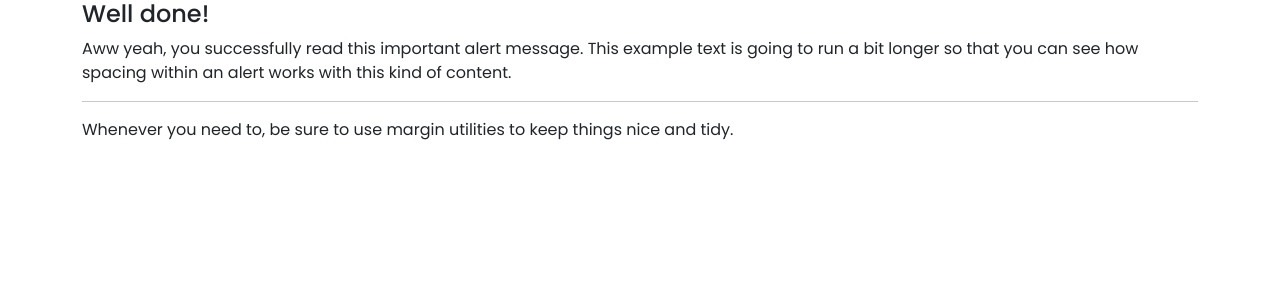
Repository: isaacCodes1/My-Project
Page: alert.html
These files come from the project's save history. The page is drawn as it stood at one moment and after a run of saves; the edit follows.
The browser window is 1280 px wide. The pictures show the whole page.

Above is the page before, as saved 2024-03-21 15:31:43.

### alert.html
<!DOCTYPE html>
<html lang="en">
  <head>
    <meta charset="UTF-8" />
    <meta name="viewport" content="width=device-width, initial-scale=1.0" />
    <link
      href="https://cdn.jsdelivr.net/npm/bootstrap@5.2.3/dist/css/bootstrap.min.css"
      rel="stylesheet"
      integrity="sha384-rbsA2VBKQhggwzxH7pPCaAqO46MgnOM80zW1RWuH61DGLwZJEdK2Kadq2F9CUG65"
      crossorigin="anonymous"
    />
    <script
      src="https://cdn.jsdelivr.net/npm/bootstrap@5.2.3/dist/js/bootstrap.bundle.min.js"
      integrity="sha384-kenU1KFdBIe4zVF0s0G1M5b4hcpxyD9F7jL+jjXkk+Q2h455rYXK/7HAuoJl+0I4"
      crossorigin="anonymous"
    ></script>
    <link rel="stylesheet" href="style.css" />
    <title>Document</title>
  </head>
  <body>
    <div class=" container b-1 alert-success" role="alert">
      <h4 class="alert-heading">Well done!</h4>
      <p>
        Aww yeah, you successfully read this important alert message. This
        example text is going to run a bit longer so that you can see how
        spacing within an alert works with this kind of content.
      </p>
      <hr />
      <p class="mb-0">
        Whenever you need to, be sure to use margin utilities to keep things
        nice and tidy.
      </p>
    </div>
  </body>
  <script
    src="https://cdn.jsdelivr.net/npm/@popperjs/core@2.11.6/dist/umd/popper.min.js"
    integrity="sha384-oBqDVmMz9ATKxIep9tiCxS/Z9fNfEXiDAYTujMAeBAsjFuCZSmKbSSUnQlmh/jp3"
    crossorigin="anonymous"
  ></script>
  <script
    src="https://cdn.jsdelivr.net/npm/bootstrap@5.2.3/dist/js/bootstrap.min.js"
    integrity="sha384-cuYeSxntonz0PPNlHhBs68uyIAVpIIOZZ5JqeqvYYIcEL727kskC66kF92t6Xl2V"
    crossorigin="anonymous"
  ></script>
</html>

### style.css
@import url("https://fonts.googleapis.com/css2?family=Poppins:ital,wght@0,100;0,200;0,300;0,400;0,500;0,600;0,700;0,800;0,900;1,100;1,200;1,300;1,400;1,500;1,600;1,700;1,800;1,900&display=swap");
* {
  margin: 0;
  padding: 0;
  box-sizing: border-box;
  font-family: "Poppins", sans-serif;
}
nav {
  display: flex;
  align-items: center;
  justify-content: space-between;
  width: 100%;
  padding: 20px 40px;
}
.image a {
  display: flex;
  align-items: center;
  gap: 6px;
  text-decoration: none;
  color: #000;
  font-size: 16px;
  font-weight: 900;
}
.image a img {
  width: 16%;
}
.navItems {
  display: flex;
  gap: 30px;
  align-items: center;
}
.navItems ul {
  display: flex;
  gap: 30px;
  list-style: none;
}
.navItems ul li a {
  text-decoration: none;
  color: #000;
  font-size: 16px;
  font-weight: 500;
}
.navItems ul li a:hover {
  transform: scale(1.05);
  color: #ebd96b;
  font-style: italic;
  border: 1px solid #000;
  transition: 1s ease-in-out;
}
.navItems button {
  border: 0;
  background: #000;
  padding: 10px 20px;
  color: #fff;
  border-radius: 5px;
  font-size: 13px;
}
.navItems button:hover {
  transform: scale(1.05);
  transition: 1s ease-in-out;
  color: #000;
  background: rgb(137, 136, 136);
}
.welcome {
  font-size: 30px;
  font-weight: 900;
  font-style: oblique;
}
.firstPageCont {
  padding: 20px 40px;
}
.FirstPage {
  display: flex;
  flex: 1;
  width: 100%;
  height: 90vh;
  padding: 40px 10px 0px 10px;
  border-radius: 30px;
  background: #f4f6f5;
}
.txtCont {
  display: flex;
  flex: 0.5;
  flex-direction: column;
  gap: 10px;
  padding-left: 40px;
}

.txtCont h1 {
  font-size: 64px;
  font-weight: 900;
  width: 50%;
  line-height: 75px;
}

.txtCont p {
  font-size: 20px;
}
.txtBtn {
  display: flex;
  align-items: center;
  width: 80%;
  margin-top: 10px;
  gap: 10px;
}
.btns {
  border: 0;
  background: #000;
  padding: 10px 20px;
  color: #fff;
  border-radius: 5px;
  font-size: 19px;
}
.btns:hover {
  transform: scale(1.05);
  transition: 1s ease-in-out;
  color: #000;
  background: rgb(137, 136, 136);
}
.txtBtn img {
  width: 100px;
}
.imgCont {
  flex: 0.5;
  display: flex;
  position: relative;
}
.star1 {
  position: absolute;
  top: 5px;
  left: 10px;
}
.star1 img {
  width: 30px;
}
.star2 {
  position: absolute;
  top: 20px;
  left: 450px;
}
.star2 img {
  width: 30px;
}
.star3 {
  position: absolute;
  bottom: 10px;
  left: 70px;
}
.star3 img {
  width: 30px;
}
.star4 {
  position: absolute;
  bottom: 20px;
  left: 400px;
}
.star4 img {
  width: 30px;
}
.spn1 {
  display: flex;
  align-items: center;
  background-image: url(/Assets/Pics/rectangle1.png);
  background-size: cover;
  background-repeat: no-repeat;
  width: 100%;
  padding-left: 20px;
}
.spn2 {
  background-image: url(/Assets/Pics/Rectangle2.png);
  background-size: cover;
  background-repeat: no-repeat;
  padding-right: 50px;
  padding-left: 20px;
}
/* next Page */
.firstPageFooter {
  background: #ebd96b;
  padding: 20px 10px;
  display: flex;
  align-items: center;
  justify-content: center;
}
.logoCont {
  display: flex;
  justify-content: center;
  gap: 100px;
}
.logoCont img {
  width: 7%;
}
.nextPageCont {
  margin-top: 20px;
  padding: 20px 40px;
  display: flex;
  flex-direction: column;
  gap: 55px;
  margin-bottom: 50px;
}
.nextPageText {
  position: relative;
}
.nextPageText h1 {
  font-size: 38px;
  letter-spacing: 1px;
  font-weight: 900;
}
.nextPageText img {
  position: absolute;
  bottom: 5px;
  left: 200px;
  width: 10%;
  z-index: -1;
}
.prettyImages {
  display: flex;
  gap: 35px;
}

.prettyImg img {
  width: 100%;
}
.payDay {
  background: linear-gradient(
    1.32deg,
    #e0c340 0.13%,
    #dfc23e 3.97%,
    #e1c441 7.2%,
    #e3c743 10.13%,
    #e4c542 12.98%,
    #e6c744 15.99%,
    #e7c845 19.52%,
    #e5c643 23.96%,
    #e6c945 30.43%,
    #e3c743 36.49%,
    #e9ca48 42.49%,
    #edce49 49.35%,
    #f0d44c 55.42%,
    #f4d84f 61.43%,
    #f6da52 65.74%,
    #f7db53 72.23%,
    #f9dd55 77.43%,
    #f9df56 83.84%,
    #fae157 91.52%,
    #f9df56 97.87%
  );
}
.yellowTxt {
  flex-direction: column;
  margin-bottom: 10px;
}
.yellowTxt h1 {
  font-size: 65px;
  font-weight: 900;
}
.yellowTxt p {
  font-size: 22px;
  font-weight: 500;
}

.yellowImg img {
  flex: 0.5;
  display: flex;
  width: 600px;
  position: relative;
}

.genDiv {
  display: flex;
  align-items: center;
}
.btn1 {
  border: 0;
  background: #000;
  padding: 15px 25px;
  color: #fff;
  border-radius: 5px;
  font-size: 18px;
  font-weight: 500;
}
.btn:hover {
  transform: scale(1.05);
  transition: 1s ease-in-out;
  color: #000;
  background: rgb(137, 136, 136);
}
.spn3 {
  display: flex;
  background-image: url(/Assets/rectangle1.png);
  background-size: cover;
  background-repeat: no-repeat;
  width: 300px;
}
.nxtSect {
  margin-top: 20px;
  padding: 20px 40px;
  display: flex;
  flex-direction: column;
  gap: 50px;
  margin-bottom: 50px;
}
.Images2 {
  display: flex;
}
.prettyImg2 {
  position: relative;
}
.prettyImg2 img {
  width: 70;
  height: 500px;
  margin-left: 70px;
}
.nextPageCont2 {
  margin-top: 20px;
  padding: 20px 40px;
  display: flex;
  gap: 50px;
  margin-bottom: 50px;
  display: flex;
  justify-content: space-between;
  align-items: center;
}
.nextPageText2 {
  display: flex;
  flex-direction: column;
  margin-left: 50px;
}
.nextPageText2 p {
  margin-bottom: 30px;
  color: #898a89;
}
.nextPageText2 h1 {
  font-size: 30px;
  letter-spacing: 1px;
  font-weight: 900;
}
.nextPageText2 img {
  width: 30%;
  cursor: pointer;
  display: flex;
}
.store {
  display: flex;
  justify-content: space-between;
}
.store a img {
  width: 140px;
  gap: 50px;
}
.circle1 {
  position: absolute;
  right: 350px;
  bottom: 500px;
}
.circle1 img {
  width: 15px;
  height: 15px;
  display: flex;
}
.circley {
  position: absolute;
  right: 0;
  bottom: 470px;
}
.circley img {
  width: 30px;
  height: 30px;
}
.circleye {
  position: absolute;
  right: 400px;
  bottom: 60px;
}
.circleye img {
  width: 17px;
  height: 17px;
}
.circle2 {
  position: absolute;
  right: 0;
  bottom: 100px;
}
.circle2 img {
  width: 10px;
  height: 10px;
}
.elipses {
  position: absolute;
}
.bigC {
  position: absolute;
  right: -12px;
  bottom: 100px;
  z-index: -1;
}
.bigC img {
  width: 300px;
  height: 300px;
  background: transparent;
}

.largeC {
  position: absolute;
  right: -41px;
  bottom: 70px;
  z-index: -1;
}
.largeC img {
  width: 360px;
  height: 360px;
  /* background: transparent; */
}
.largeC1 {
  position: absolute;
  right: -70px;
  bottom: 50px;
  z-index: -1;
}
.largeC1 img {
  width: 420px;
  height: 400px;
}
.footerDiv {
  background: #e5c643;
  padding-bottom: 170px;
}
.h1footer {
  color: #fff;
  text-align: center;
  padding-top: 50px;
  font-size: 30px;
  font-weight: 1000;
}
.pFooter {
  display: flex;
  flex-direction: column;
  justify-content: center;
  align-items: center;
  text-align: center;
  color: #fff;
  font-size: 30px;
}

.input {
  background: #fff;
  width: 40%;
  padding: 5px 0px;
  border-radius: 10px;
}
.input input {
  background: none;
  border: 0;
  padding: 13px 0px 13px 0px;
  width: 76%;
  font-size: 17px;
  outline: 0;
}
.input a {
  font-size: 20px;
  text-decoration: 0;
  color: #fff;
  background: #000;
  padding: 10px 30px;
  border-radius: 5px;
}
.input a:hover {
  transform: scale(1.05);
  transition: 1s ease-in-out;
  color: #000;
  background: rgb(137, 136, 136);
}
.alert{
    border: 1px solid ;
    text-decoration: none;
    font-size: 15px;
    background: blue;
    color: #fff;
    border-top-left-radius: 15px;
}
.alert:hover{
    background: black;
    color: #fff;
    border-top-left-radius:5px;
    transition: 1s ease-in-out;
}

After the next 4 saves:
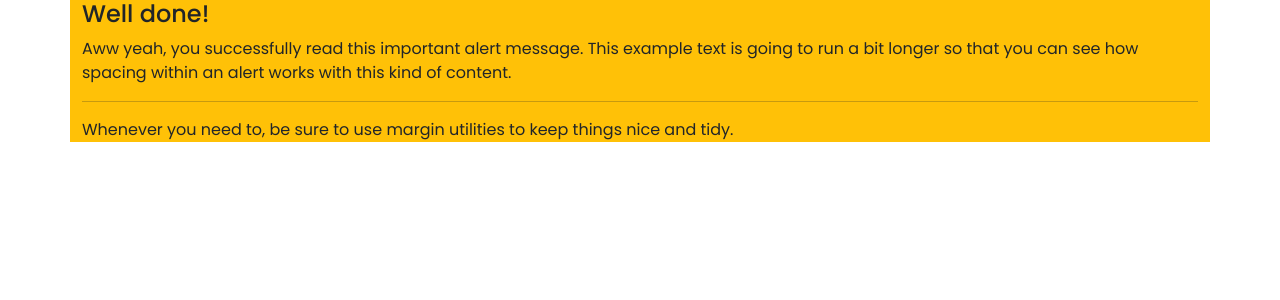
The 4 saves are shown as one change because they came seconds apart.
The last was saved 8 s later.
--- a/alert.html
+++ b/alert.html
@@ -18,7 +18,7 @@
     <title>Document</title>
   </head>
   <body>
-    <div class=" container b-1 alert-success" role="alert">
+    <div class=" container border-1 bg-warning  alert-success" role="alert">
       <h4 class="alert-heading">Well done!</h4>
       <p>
         Aww yeah, you successfully read this important alert message. This

After the save that followed:
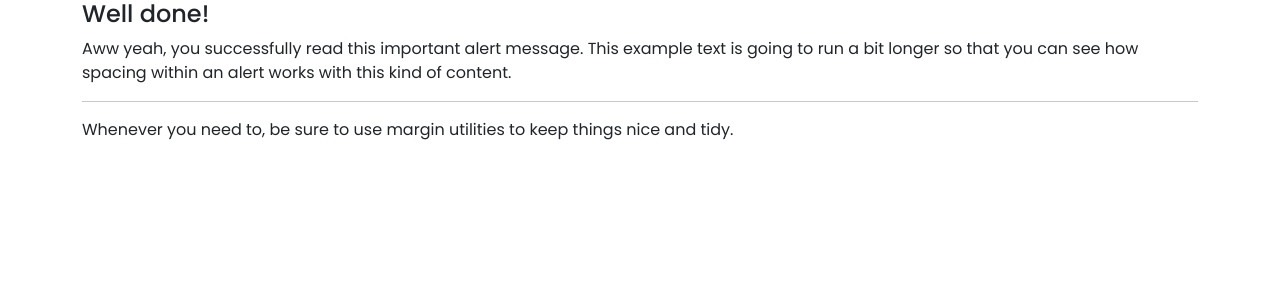
Saved 6 s later.
--- a/alert.html
+++ b/alert.html
@@ -18,7 +18,7 @@
     <title>Document</title>
   </head>
   <body>
-    <div class=" container border-1 bg-warning  alert-success" role="alert">
+    <div class=" container border-1-warning  alert-success" role="alert">
       <h4 class="alert-heading">Well done!</h4>
       <p>
         Aww yeah, you successfully read this important alert message. This
